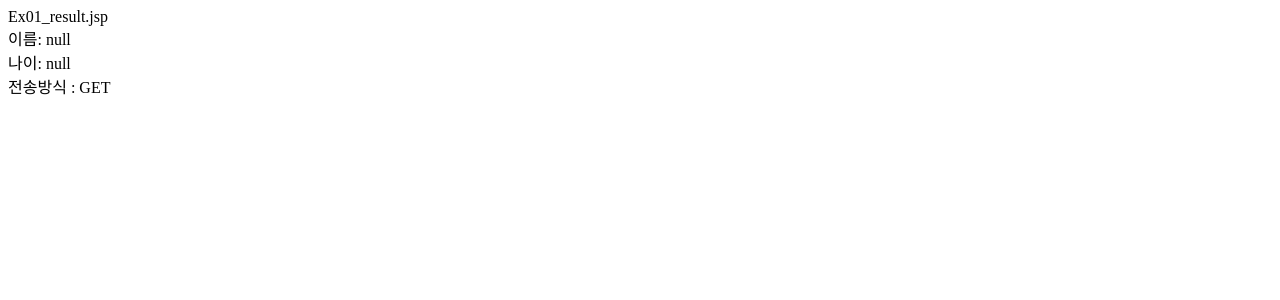
Repository: gom0109/JSP_DK
Page: http://localhost/01_Basic/02_request/Ex01_result.jsp
The author's editor kept a copy of each file at every save. The page is drawn from the files as they stood at one save, then again after the next save.
The browser window is 1280 px wide. The pictures show the whole page.
The page is served by Tomcat 9.

Above is the page before, as saved 2021-01-19 02:24:03.

After the next save:
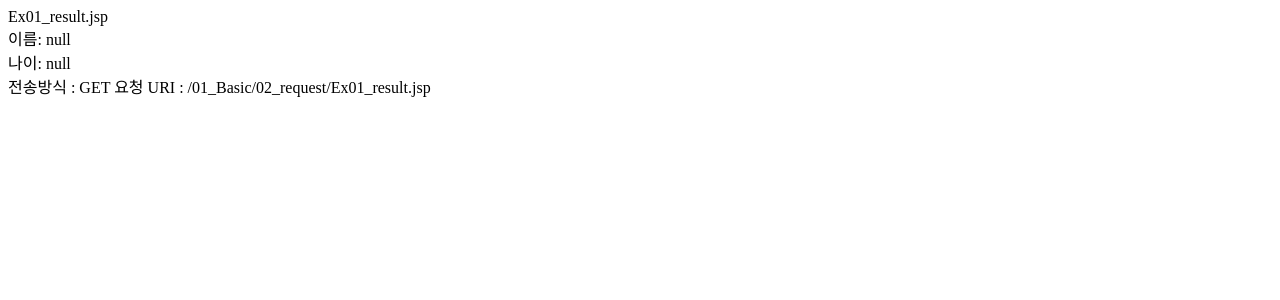
Saved 96 s later.
--- a/01_Basic/WebContent/02_request/Ex01_result.jsp
+++ b/01_Basic/WebContent/02_request/Ex01_result.jsp
@@ -16,6 +16,7 @@ Ex01_result.jsp <br>
 
 
 전송방식 : <%=request.getMethod() %>
+요청 URI : <%= request.getRequestURI() %>
 <!-- Class Person{
 	private String name;
 	private String age;
